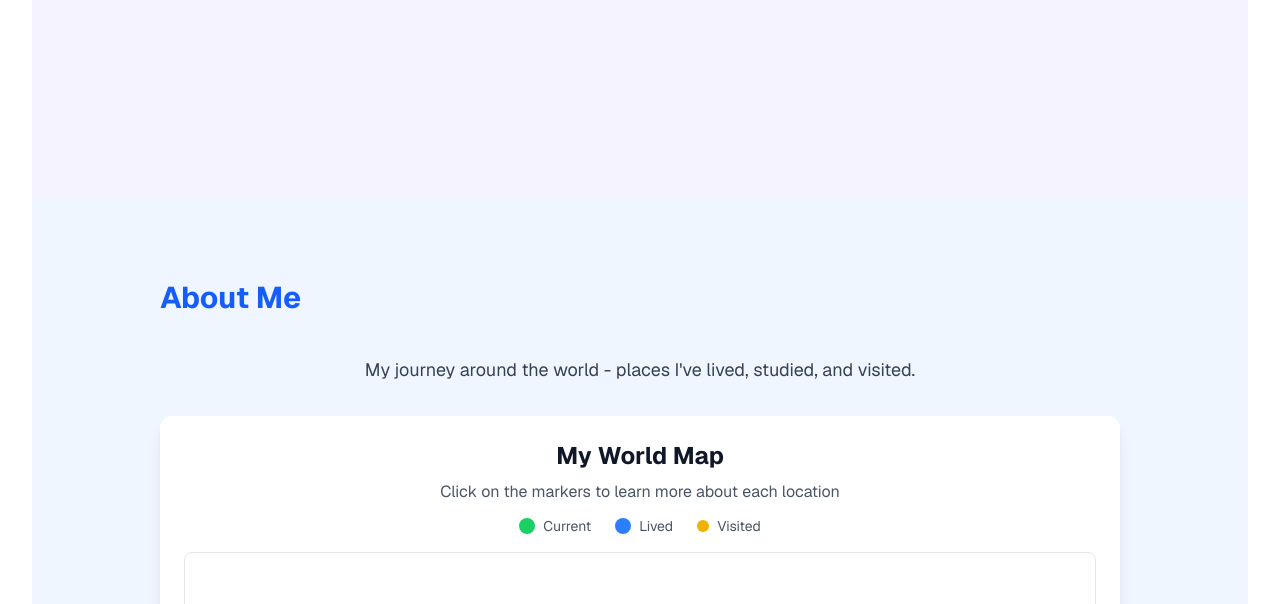
Repository: winniewyl/personal-portfolio
Page: /
The author's editor kept a copy of each file at every save. The page is drawn from the files as they stood at one save, then again after the next save.
The browser window is 1280 px wide. The pictures show the part of the page from y = 601 to 1205 px (the page is 3841 px tall before and 3725 px after).
Pictures or frames that could not be fetched are drawn as grey boxes. The project was rebuilt for these pictures with package versions that can differ from the ones it lists, and the page was loaded fresh each time. The framework's server and built-in components were replaced by stand-ins that run in the browser. Also part of the build but not shown: next.config.ts.

Above is the page before, as saved 2025-07-29 20:32:50.

After the next save:
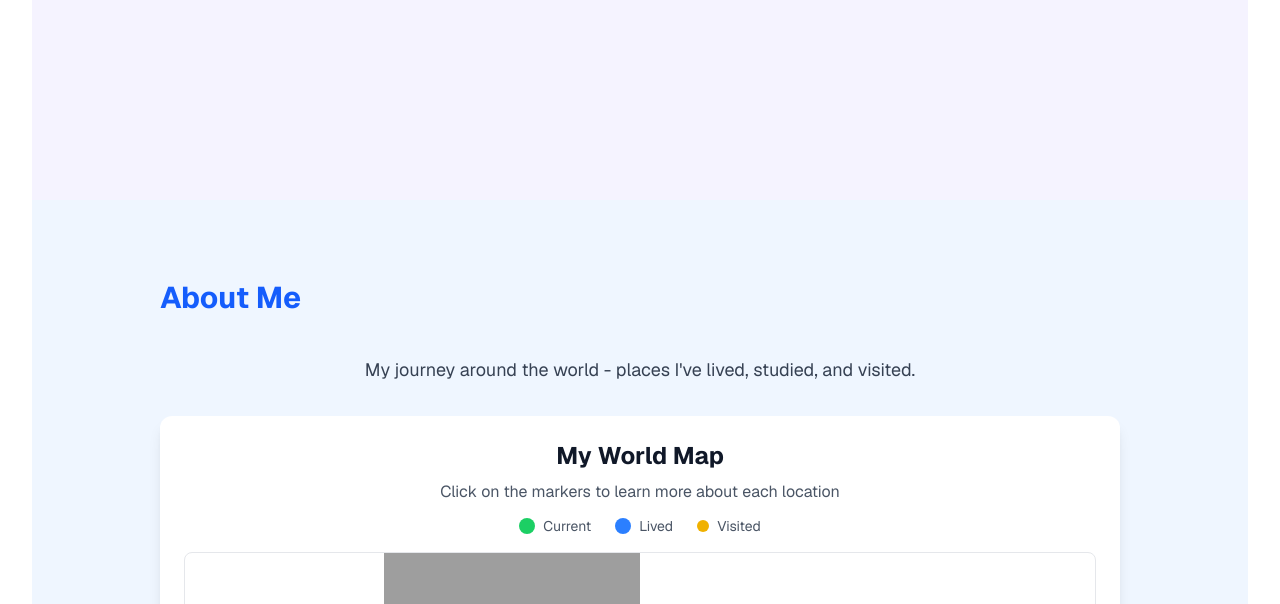
Saved 66 s later.
--- a/src/components/About.tsx
+++ b/src/components/About.tsx
@@ -282,7 +282,7 @@ const About: React.FC = () => {
         </div>
 
         {/* Leaflet Map Container */}
-        <div className="w-full h-64 sm:h-80 md:h-96 lg:h-[500px] rounded-lg overflow-hidden border border-gray-200 dark:border-gray-700">
+        <div className="w-full h-48 sm:h-64 md:h-80 lg:h-96 rounded-lg overflow-hidden border border-gray-200 dark:border-gray-700">
           {isMapLoaded && L ? (
             <MapContainer
               center={[20, 0]}
